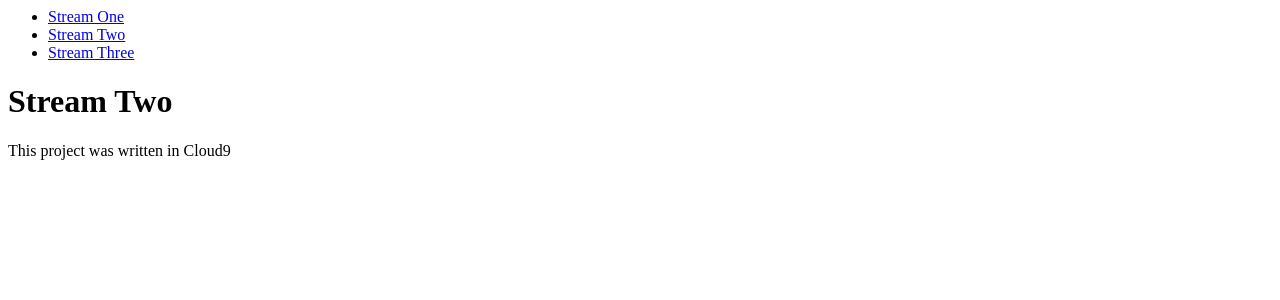
Repository: jdtiding/my-first-website
Page: stream-two.html
The author's editor kept a record of every edit. The page is drawn from the files as they stood at one moment, then again after the next edit.
The browser window is 1280 px wide. The pictures show the whole page.

Above is the page before.
Not found: css/styles.css

### stream-two.html
<html>
    <head>
        <title> Hello World </title>
        <link rel="stylesheet" href="css/styles.css" type="text/css" />
    </head>
    <body>
        <nav>
            <ul>
                <li><a href= "str.html">Stream One</a></li>
                <li><a href= "stream-two.html">Stream Two</a></li>
                <li><a href= "stream-three.html">Stream Three</a></li>
            </ul>
        </nav>
        <h1> Stream Two </h1>
        <p> This project was written in Cloud9</p>
    </body>
</html>

### css/style.css
body {
    margin:0;
    padding:0;
    font-family:'Oswald', arial;
}

nav ul {
    list-style: none;
    background-color: #4f4f4a;
    text-align: center;
    margin: 0;
    padding: 0;
}

nav li {
    font-size: 1.2em;
    line-height: 40px;
    height: 40px;
    display: inline-block;
    margin-left: 2.5%;
}

nav a {
    text-decoration: none;
    color: #ffffff;
    display: block;
}

nav a:hover {
    background-color: #ffffff;
    color: #4f4f4a;
}

.card {
    float: left;
    width: 20%;
    margin-left: 10%;
}

.card a {
    text-align: center;
}

img {
    width: 100%;
}

h1 {
    text-align: center;
}

After the next edit:
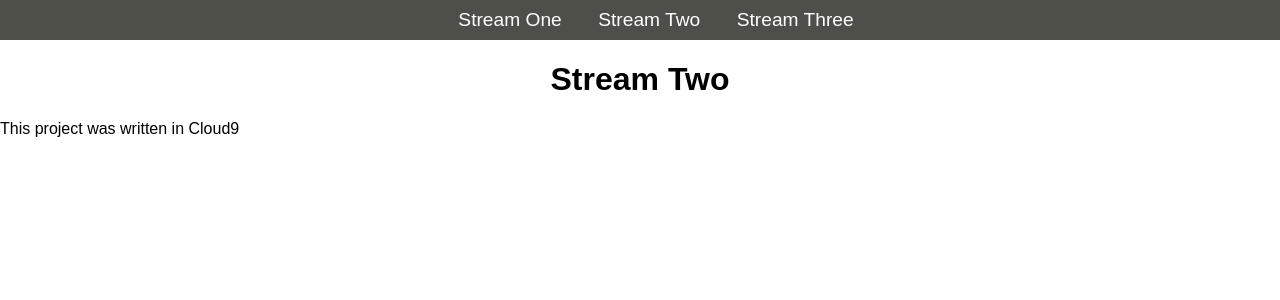
The edit:
--- a/stream-two.html
+++ b/stream-two.html
@@ -1,7 +1,7 @@
 <html>
     <head>
         <title> Hello World </title>
-        <link rel="stylesheet" href="css/styles.css" type="text/css" />
+        <link rel="stylesheet" href="css/style.css" type="text/css" />
     </head>
     <body>
         <nav>
